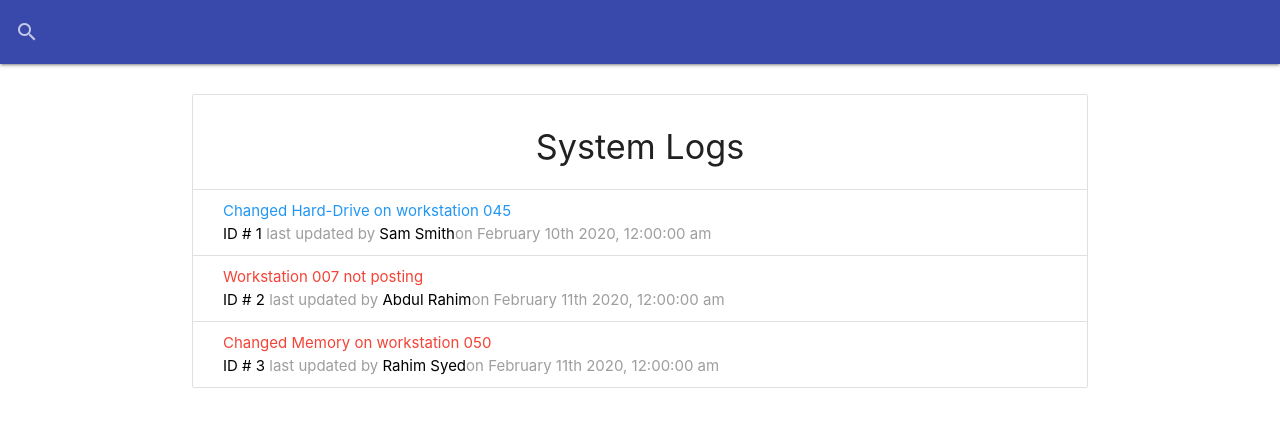
Repository: syedabdulrahim/IT_Logger
Page: /
An editor plug-in stored every save of this project. The page is shown before and after the next save, followed by the edit.
The browser window is 1280 px wide. The pictures show the whole page.
The project was rebuilt for these pictures with package versions that can differ from the ones it lists, and the page was loaded fresh each time. Requests to the local data server were answered from the project's data file. Also part of the build but not shown: src/App.css.

Above is the page before, as saved 2020-10-29 16:01:05.

### src/App.js
import React,{useEffect} from 'react';
import SearchBar from '../src/components/layout/SearchBar';
import Logs from '../src/components/logs/Logs';
// import logo from './logo.svg';
import './App.css';
import 'materialize-css/dist/css/materialize.min.css';
import M from 'materialize-css/dist/js/materialize.min.js';

const App=()=> {

  useEffect(()=>{

    // initilaization of matearalize JS
    M.AutoInit();

  },[])

  return(
    <React.Fragment>
        <SearchBar></SearchBar>
        <div className="container">
          <Logs/>
        </div>
    </React.Fragment>
  );



}



export default App;

### src/components/layout/SearchBar.js
import React from 'react'

const SearchBar = () => {
    return (
        <nav style={{
            marginBottom:'30px'
        }} className="indigo darken-1">
        <div className="nav-wrapper">
          <form>
            <div className="input-field">
              <input id="search" type="search" required/>
              <label className="label-icon" htmlFor="search"><i className="material-icons">search</i></label>
              <i className="material-icons">close</i>
            </div>
          </form>
        </div>
      </nav>
    )
}

export default SearchBar;

### src/components/logs/Logs.js
import React,{useEffect,useState} from 'react'
import LogItem from '../logs/LogItem';

const Logs = (props) => {


    useEffect(()=>{
            getLogs();
    },[])


    const [logs,setLogs]=useState([]);
    const [loading,setLoading]=useState(false);

    const getLogs=async ()=>{

        setLoading(true);
         const res= await fetch('/logs');
         const data= await res.json();

         setLogs(data);
         setLoading(false);

    }

    if(loading){
        return <h4>Loading...</h4>
    }


    return (
        <div>
            <ul className="collection with-header">
                <li className="collection-header">
                    <h4 className="center">System Logs</h4>
                </li>
        {!loading&&logs.length===0?(<p className="center">No Logs to show...</p>):
        (
            logs.map((log)=><LogItem log={log}></LogItem>)
        )}
            </ul>

        </div>
    )
}

export default Logs

### src/components/logs/LogItem.js
import React from 'react'
import moment from 'react-moment';
import PropTypes from 'prop-types'
import Moment from 'react-moment';

const LogItem = ({log}) => {
    return (

            <li className="collection-item">
                <div>
                    <a href=""
                     className={`modal-trigger ${log.attention?'red-text':'blue-text'}`}>
                         {log.message}
                    </a>
                    <br/>
                    <span className="grey-text">
                            <span className="black-text">ID # {log.id}</span>
                               {' '} {'last updated by'}
                            <span className="black-text">{' '}{log.tech}</span>
                            on <Moment format="MMMM Do YYYY, h:mm:ss a">{log.date}</Moment>
                    </span>
                </div>
            </li>

    )
}

LogItem.propTypes = {

    log:PropTypes.object.isRequired

}

export default LogItem

### db.json
{

    "logs":[

        {
            "id":1,
            "message":"Changed Hard-Drive on workstation 045",
            "attention":false,
            "date":"02-10-2020",
            "tech":"Sam Smith"

    },

    {
            "id":2,
            "message":"Workstation 007 not posting",
            "attention":true,
            "date":"02-11-2020",
            "tech":"Abdul Rahim"

    },


    {
            "id":3,
            "message":"Changed Memory on workstation 050",
            "attention":true,
            "date":"02-11-2020",
            "tech":"Rahim Syed"

    }
],

    "techs":[
        {
            "id":1,
            "firstName":"Sam",
            "lastName":"Smith"
        },
        {
            "id":2,
            "firstName":"Abdul",
            "lastName":"Rahim"
        },
        {
            "id":3,
            "firstName":"Rahim",
            "lastName":"Syed"
        }

    ]
}

Loaded but not shown: public/index.html (common file); src/index.js (common file); src/index.css (common file); src/reportWebVitals.js (common file)

After the next save:
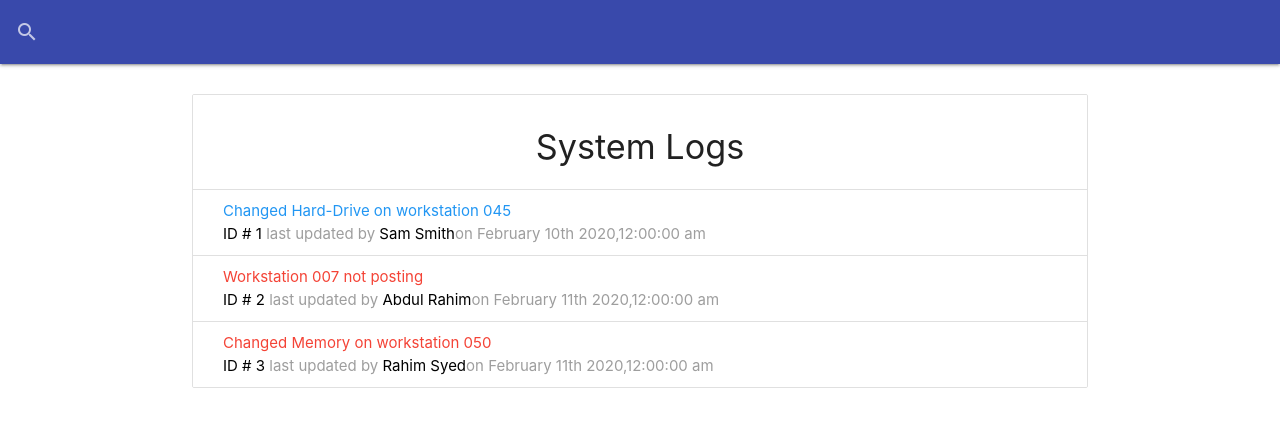
Saved 52 s later.
--- a/src/components/logs/LogItem.js
+++ b/src/components/logs/LogItem.js
@@ -17,7 +17,7 @@ const LogItem = ({log}) => {
                             <span className="black-text">ID # {log.id}</span>
                                {' '} {'last updated by'}
                             <span className="black-text">{' '}{log.tech}</span>
-                            on <Moment format="MMMM Do YYYY, h:mm:ss a">{log.date}</Moment>
+                            on <Moment format="MMMM Do YYYY,h:mm:ss a">{log.date}</Moment>
                     </span>
                 </div>
             </li>
